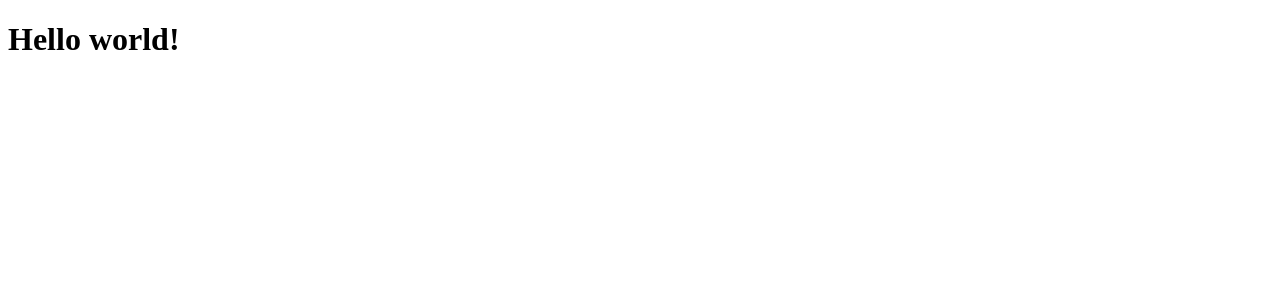
Repository: Lithium87/e-Strore
Page: /
The author's editor kept a copy of each file at every save. The page is drawn from the files as they stood at one save, then again after a run of saves.
The browser window is 1280 px wide. The pictures show the whole page.
The project was rebuilt for these pictures with package versions that can differ from the ones it lists, and the page was loaded fresh each time. Also part of the build but not shown: vite.config.js.

Above is the page before, as saved 2025-07-05 14:25:29.

### src/main.jsx
import {StrictMode} from 'react';
import {createRoot} from 'react-dom/client';
import App from './App.jsx';

createRoot (document.getElementById ('root')).render (
  <StrictMode>
    <App />
  </StrictMode>
);

### src/App.jsx
import React from 'react';

const productData = [
  {
    name: 'Laptop Pro',
    description: 'High-performance laptop for professionals.',
    price: 1200,
    photoName: '/laptop.png',
    soldOut: false,
  },
  {
    name: 'Smartphone X',
    description: 'Latest model with stunning display.',
    price: 800,
    photoName: '/smartphone.png',
    soldOut: false,
  },
  {
    name: 'Wireless Headphones',
    description: 'Noise-cancelling headphones with great sound quality.',
    price: 200,
    photoName: '/headphones.png',
    soldOut: false,
  },
  {
    name: 'Smartwatch Z',
    description: 'Stylish smartwatch with fitness tracking features.',
    price: 150,
    photoName: '/smartwatch.png',
    soldOut: false,
  },
  {
    name: 'Gaming Console',
    description: 'Powerful gaming console for endless fun.',
    price: 400,
    photoName: '/console.png',
    soldOut: true,
  },
  {
    name: '4K TV',
    description: 'Ultra HD television with vibrant colors.',
    price: 1000,
    photoName: '/tv.png',
    soldOut: false,
  },
];

const App = () => {
  return (
    <div>
      <h1>Hello world!</h1>
    </div>
  );
};

export default App;

Loaded but not shown: index.html (common file)

After the next 2 saves:
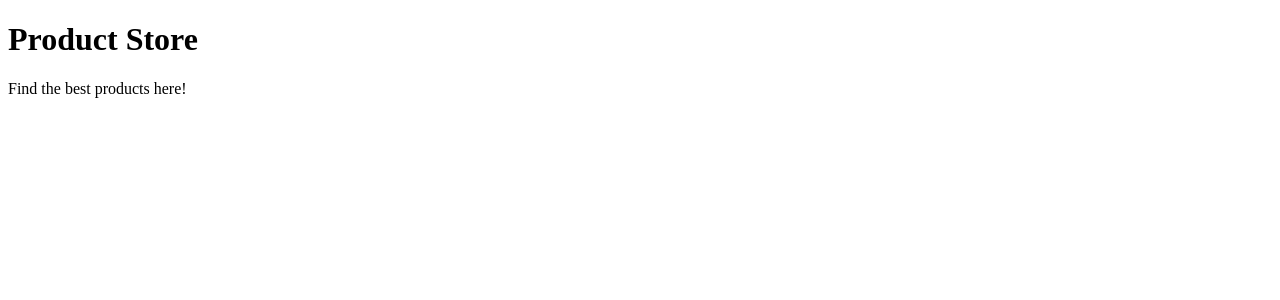
The 2 saves are shown as one change because 1 did not build or start.
The last was saved 14 min 7 s later.
--- a/src/App.jsx
+++ b/src/App.jsx
@@ -48,9 +48,18 @@ const productData = [
 const App = () => {
   return (
     <div>
-      <h1>Hello world!</h1>
+      <Header />
     </div>
   );
 };
 
+const Header = () => {
+  return (
+    <header>
+      <h1>Product Store</h1>
+      <p>Find the best products here!</p>
+    </header>
+  );
+};
+
 export default App;
